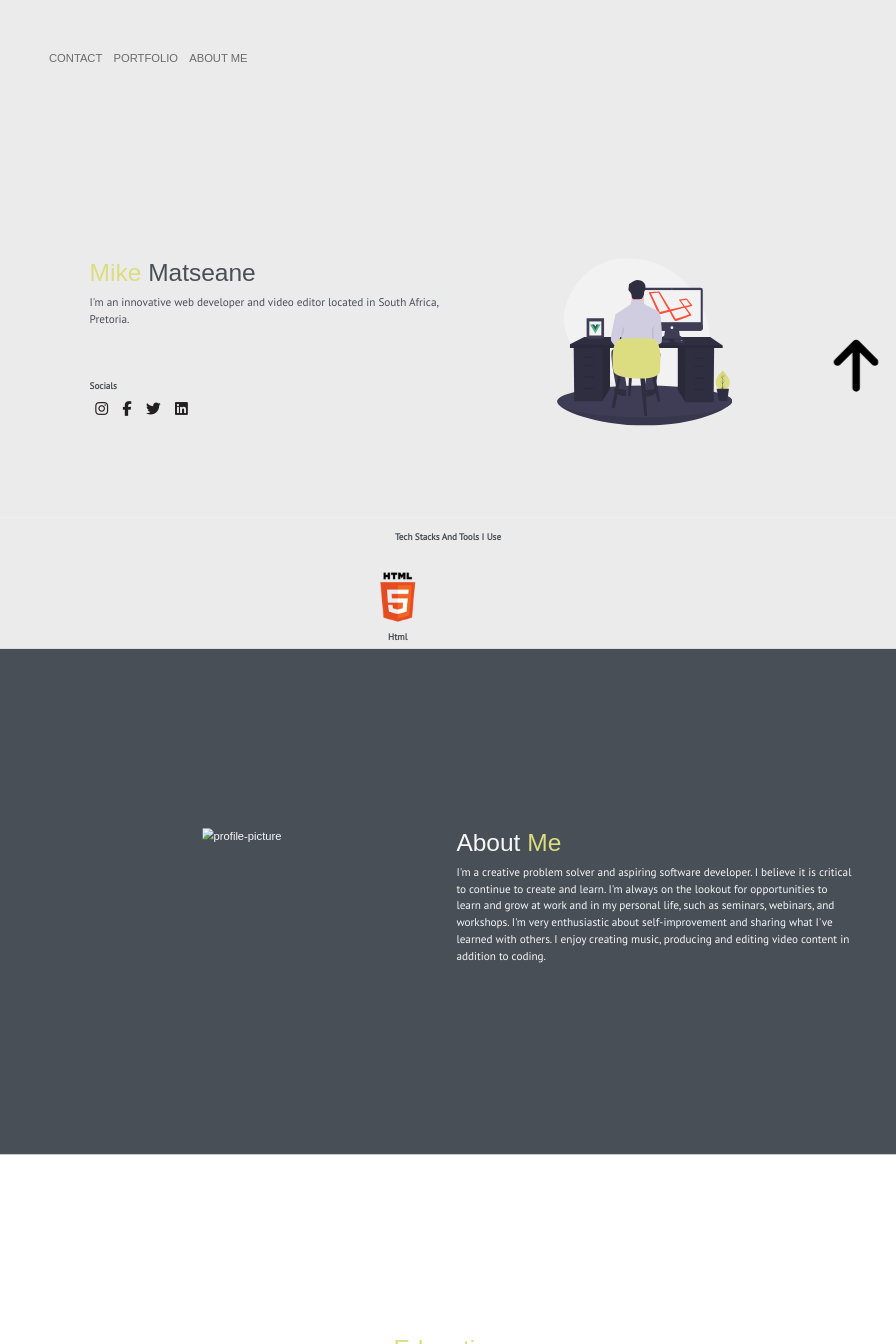
Repository: mikempho/resume10-Final
Page: resume10.html
An editor plug-in stored every save of this project. The page is shown before and after the next save, followed by the edit.
The browser window is 1280 px wide. The pictures show the part of the page from y = 0 to 1920 px (the page is 4198 px tall before and 4218 px after), at 70% of full size.
Some web fonts or font styles are not loaded; a fallback is used. Some web libraries are served in a nearby version.

Above is the page before, as saved 2022-05-18 17:32:27.

### resume10.html
<html lang="en">
<head>
    <meta charset="UTF-8">
    <meta http-equiv="X-UA-Compatible" content="IE=edge">
    <meta name="viewport" content="width=device-width, initial-scale=1.0">
    <title>Mike Matseane</title>
    <!-- CSS only -->
    <link href="https://cdn.jsdelivr.net/npm/bootstrap@5.2.0-beta1/dist/css/bootstrap.min.css" rel="stylesheet" integrity="sha384-0evHe/X+R7YkIZDRvuzKMRqM+OrBnVFBL6DOitfPri4tjfHxaWutUpFmBp4vmVor" crossorigin="anonymous">

    <!-- Google Font -->
    <link rel="preconnect" href="https://fonts.googleapis.com">
    <link rel="preconnect" href="https://fonts.gstatic.com" crossorigin>
    <link href="https://fonts.googleapis.com/css2?family=PT+Sans&family=Paytone+One&display=swap" rel="stylesheet">

    <!-- CSS StyleSheet -->
    <link rel="stylesheet" href="./css/style.css">
</head>
<body>
    <!-- landing Section -->
    <header id="header">

        <!-- navbar section -->
        <nav class="navbar navbar-expand-lg">
            <div class="container-fluid justify-content-end">
                <button class="navbar-toggler" type="button" data-bs-toggle="collapse" data-bs-target="#navbarSupportedContent" aria-controls="navbarSupportedContent" aria-expanded="false" aria-label="Toggle navigation">
                    <span class="navbar-toggler-icon"></span>
                </button>
                <div class="collapse navbar-collapse text-center mt-5" id="navbarSupportedContent">
                    <ul class="navbar-nav me-auto mb-2 mb-lg-0">
                        <li class="nav-item">
                            <a class="nav-link nav-names" aria-current="page" href="#contact-section">Contact</a>
                        </li>
                        <li class="nav-item">
                            <a class="nav-link nav-names" aria-current="page" href="#portfolio-section">Portfolio</a>
                        </li>
                        <li class="nav-item">
                            <a class="nav-link nav-names" aria-current="page" href="#about-me-section">About Me</a>
                        </li>
                    </ul>
                </div>
            </div>
        </nav>

        <!-- hero section -->
        <div class="container-fluid hero">
            <div class="row">
                <div class="content-box col-md-6 text-align-left">
                    <h1><span>Mike</span> Matseane</h1>
                    <p>I'm an innovative web developer and video editor located in South Africa, Pretoria.</p>
                    <div class="icon-box">
                        <h6>Socials</h6>
                        <!-- Social Icons -->
                        <a href="#"><i class="fa-brands fa-instagram"></i></a>
                        <a href="#"><i class="fa-brands fa-facebook-f"></i></a>
                        <a href="#"><i class="fa-brands fa-twitter"></i></a>
                        <a href="#"><i class="fa-brands fa-linkedin"></i></a>

                    </div>
                </div>
                <!-- Illustration -->
                <div class="hero-section-img col-md-6">
                    <img src="./assets/img/undraw_laravel_and_vue_-59-tp.svg" alt="">
                </div>
            </div>
        </div>
    </header>

    <main>

        <!-- skill-stacks-tools -->
        <section id="tech-stacks-tools">
            <h6 class="sub-heading">Tech stacks and tools I Use</h6>

            <!-- Bootstrap Carousel -->
            <div id="carouselExampleSlidesOnly" class="carousel slide" data-bs-ride="carousel">
                <div class="carousel-inner">
                  <!-- Html  -->
                  <div class="carousel-item active " >
                    <img src="./assets/img/html.png"  alt="...">
                    <h6>Html</h6>
                  </div>

                  <!-- Css  -->
                  <div class="carousel-item">
                    <img src="./assets/img/css.png"  alt="...">
                    <h6>CSS</h6>
                  </div>

                  <!-- Bootstrap  -->
                  <div class="carousel-item">
                    <img src="./assets/img/bootstrap-logo.png"  alt="...">
                    <h6>Bootstrap</h6>
                  </div>

                  <!-- Github  -->
                  <div class="carousel-item">
                    <img src="./assets/img/GitHub_logo.png"  alt="...">
                    <h6>Github</h6>
                  </div>

                  <!-- Visual Studio Code  -->
                  <div class="carousel-item ">
                    <img src="./assets/img/visual-studio-code.png" alt="...">
                    <h6>visual-studio-code</h6>
                  </div>

                </div>
              </div>
        </section>

        <!-- about me section -->
        <section id="about-me-section">
            <div class="container-fluid">
                <div class="row">
                    <div class="col-md-6">
                        <!-- add picture element -->
                        <img src="" alt="profile-picture">
                    </div>
                    <div class="col-md-6 content-box">
                        <h1>About <span>Me</span></h1>
                        <p>I'm a creative problem solver and aspiring software developer. I believe it is critical to continue to create and learn. I'm always on the lookout for opportunities to learn and grow at work and in my personal life, such as seminars, webinars, and workshops. I'm very enthusiastic about self-improvement and sharing what I've learned with others. I enjoy creating music, producing and editing video content in addition to coding.</p>
                    </div>
                </div>
            </div>
        </section>

        <!-- education section -->
        <section id="education-section">
            <h1><span>Education</span></h1>
            <div class="row">
                <div class="education-box col-sm-6">
                    <p><span>Intro To web -</span> Nemo at vitae quos quasi adipisci laborum debitis commodi repudiandae veniam laudantium explicabo qui dolorum facilis, provident recusandae. Aspernatur, neque.</p>
                </div>
                <div class="education-box col-sm-6">
                    <p><span>Intro To web - </span>Obcaecati ut ea assumenda sunt amet. Sapiente atque maxime soluta? Nemo at vitae quos quasi adipisci laborum debitis commodi repudiandae veniam laudantium explicabo qui dolorum facilis, provident recusandae. Aspernatur, neque.</p>
                </div>
            </div>
        </section>

        <!-- portfolio section -->
        <section id="portfolio-section">
            <div class="container-fluid">
                <h1>Port<span>folio</span></h1>
                <div class="row project-container">
                    <div class="project-box col-md-3 col-lg-3">
                        <h1>project</h1>
                        <p>Lorem ipsum dolor sit amet consectetur adipisicing elit. Excepturi deleniti in ipsum fugit saepe? Eligendi?</p>
                    </div>
                    <div class="project-box col-md-3 col-lg-3">
                        <h1>project</h1>
                        <p>Lorem ipsum dolor sit amet consectetur adipisicing elit. Excepturi deleniti in ipsum fugit saepe? Eligendi?</p>
                    </div>
                    <div class="project-box col-md-3 col-lg-3">
                        <h1>project</h4>
                        <p>Lorem ipsum dolor sit amet consectetur adipisicing elit. Excepturi deleniti in ipsum fugit saepe? Eligendi?</p>
                    </div>
                    <div class="project-box col-md-3 col-lg-3">
                        <h1>project</h1>
                        <p>Lorem ipsum dolor sit amet consectetur adipisicing elit. Excepturi deleniti in ipsum fugit saepe? Eligendi?</p>
                    </div>
                </div>

                <!-- Github link -->
                <a href="#"><i class="fa-brands fa-github"></i></a>
                <h6>GitHub <span>You can check out the projects on my github page.</span></h6>
            </div>
        </section>

        <!-- contact-section -->
        <section id="contact-section">
            <div class="container-fluid">
                <h1>Contact <span>Information</span></h1>
                <div class="contact-box row">

                    <!-- Social icons (Links) -->
                    <div class="social-icons col-md-2">
                        <a href="#"><i class="fa-brands fa-instagram"></i></a>
                        <a href="#"><i class="fa-brands fa-facebook-f"></i></a>
                        <a href="#"><i class="fa-brands fa-twitter"></i></a>
                        <a href="#"><i class="fa-brands fa-linkedin"></i></a>
                    </div>
                    <div class="contact-info col-md-10">
                        <!-- email -->
                        <div class="email">
                            <h4>Email</h4>
                            <p>mikempho03@gmail.com</p>
                        </div>

                        <!-- location -->
                        <div class="location">
                            <h4>Location</h4>
                            <p>South Africa, Pretoria</p>
                        </div>

                        <!-- Phone -->
                        <div class="phone">
                            <h4>Phone</h4>
                            <p>068 145 4883</p>
                        </div>
                    </div>
                </div>
                <h5 class="home"><a href="#header"><img src="./assets/img/arrow-up-solid.svg" alt=""></a></h5>
            </div>
        </section>
    </main>
    <!-- Font Awesome -->
    <script src="https://kit.fontawesome.com/80b57f53cf.js" crossorigin="anonymous"></script>

    <!-- JavaScript Bundle with Popper -->
    <script src="https://cdn.jsdelivr.net/npm/bootstrap@5.2.0-beta1/dist/js/bootstrap.bundle.min.js" integrity="sha384-pprn3073KE6tl6bjs2QrFaJGz5/SUsLqktiwsUTF55Jfv3qYSDhgCecCxMW52nD2" crossorigin="anonymous"></script>
</body>
</html>

### css/style.css
/* Universal */

body {
    margin: 0;
    box-sizing: border-box;
    color: #494F56;
    font-family: 'Paytone One', sans-serif;
    text-align: center;
}

h1 {
    font-size: 35px;
}

h6 {
    font-size: 13px;
    font-family: 'PT Sans', sans-serif;
    font-weight: bold;
}

p {
    font-size: 1rem;
    font-family: 'PT Sans', sans-serif;
}

span {
    color: #DBDD80;
}

a i:hover {
    color: #DBDD80;
    transition:0.6s;
    transform: translateY(-10px)
}

/* header section*/
#header {
    background-color: #EBEBEB;
}

/* navbar */
.nav-names {
    text-transform: uppercase;
    margin: 5px 0;
}

/* hero section */
.hero, #education-section{
    padding: 20% 4% 5% 4%;
}

.icon-box {
    margin: 15% 0;
}

#header i {
    font-size: 21px;
    margin: 5px 8px;
    color: #231F20;
    transition:1s;
}

.hero-section-img img {
    width: 250px;
}

/* skill-stacks-tools */
#tech-stacks-tools {
    background-color: #EBEBEB;

}

.carousel-item img {
    width: 100px;
    padding: 15px;
}

#tech-stacks-tools .sub-heading{
    text-transform: capitalize;
    padding: 20px;
}

/* about-me-section */
/* Dark Background */
#about-me-section, #portfolio-section{
    padding: 20% 4%;
    background-color: #494F56;
    color: #F7F7F9;
}

/* portfolio section */
.project-box {
    margin:10px 5px;
    padding: 15px 10px;
    background-color: #DBDD80;
}

.project-box h1 {
    text-transform: uppercase;
    font-size: 20px;
}

.project-container, .education-box{
    margin: 60px 0 0 0;
}

/* contact-section */
#contact-section {
    padding: 20% 4%;
}

.social-icons {
    margin: 10% 0 8% 0;
}

.contact-info {
    text-align: left;
    margin-left:5% ;
}

.social-icons i {
    font-size: 26px;
    margin: 5px 8px;
    color: #231F20;
    transition:1s;
}

.home img{
    width: 5%;
    transition:1s;
    position: absolute;
    right: 25px;
    top: 30rem;
    position: fixed;
}

.home img:hover {
    transition:0.6s;
    transform: translateY(-10px);
}

/* Tablet Responsive */
@media screen and (min-width:768px) {
    /* header section*/
    .navbar {
        padding: 10px 50px 5px  50px;
    }
    .content-box {
        text-align: left;
    }

    .hero {
        padding: 20% 8% 5% 10%;
    }

    /* contact section */
    .social-icons a {
        display: block;
        width: 10%;
        padding-top: 10px ;
    }

    .social-icons {
        padding-left: 60px;
    }

    .contact-info div{
        display: inline-block;
        margin: 0 20px;
    }

   .contact-info {
       margin-left: 0%;
   }

   #contact-section .row {
       align-items: center;
   }

}

After the next save:
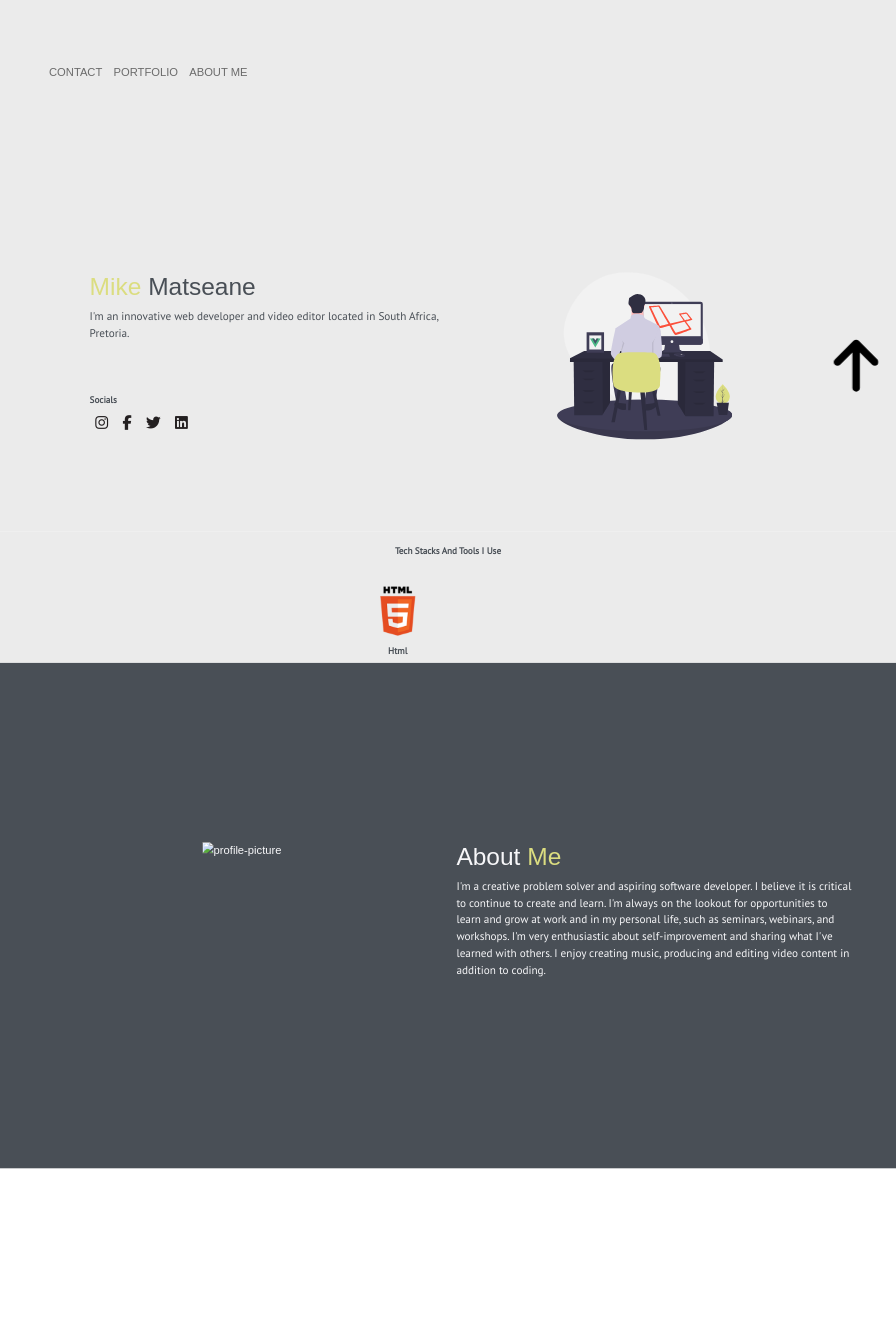
Saved 65 s later.
--- a/css/style.css
+++ b/css/style.css
@@ -143,7 +143,7 @@ a i:hover {
 @media screen and (min-width:768px) {
     /* header section*/
     .navbar {
-        padding: 10px 50px 5px  50px;
+        padding: 30px 50px 5px  50px;
     }
     .content-box {
         text-align: left;
